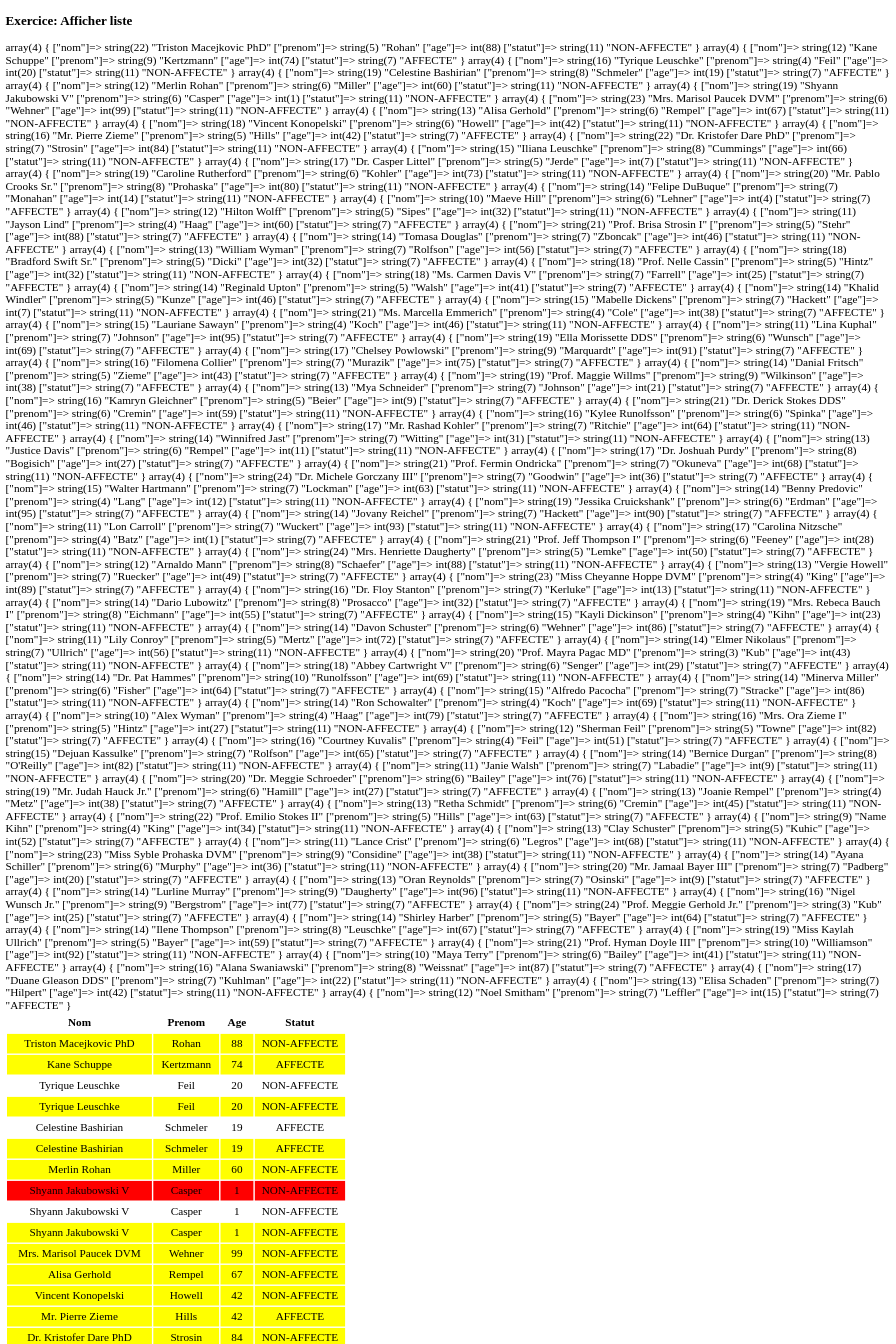
Repository: Bfabien99/PHPREPO
Page: http://localhost/
These files come from the project's save history. The page is drawn as it stood at one moment and after the next save; the edit follows.
The browser window is 1280 px wide. The pictures show the part of the page from y = 0 to 1920 px (the page is 5415 px tall before and 1875 px after), at 70% of full size.
The page is run by PHP 8.4 with error messages shown; the project is at /var/www/html/.

Above is the page before, as saved 2021-12-10 10:49:49.

After the next save:
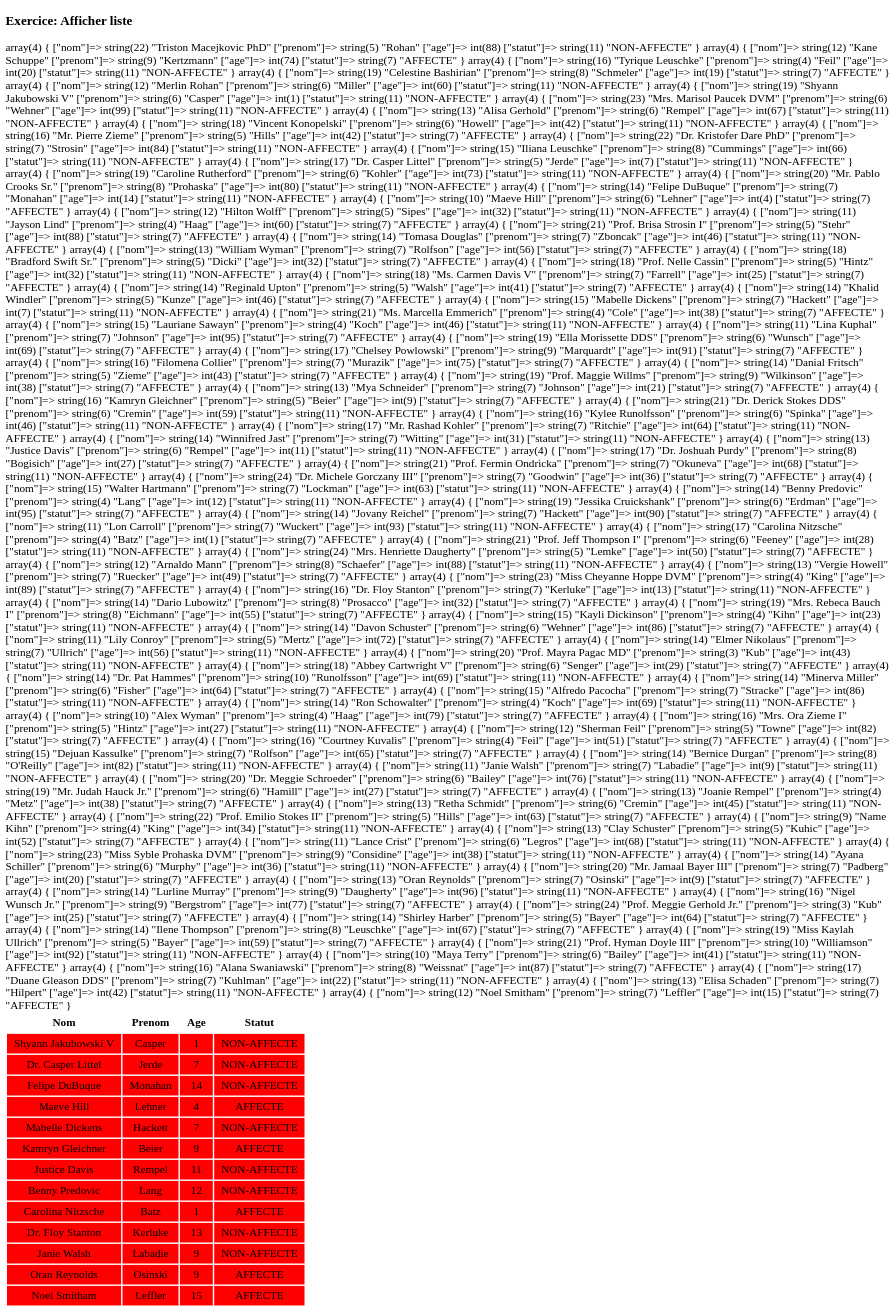
Saved 5 s later.
--- a/MakeFakeData/src/index.php
+++ b/MakeFakeData/src/index.php
@@ -71,21 +71,21 @@ while($i<= 100) {
                     <td class="red">'.$value["statut"].'</td>
                     </tr>';
 
-                case $value["age"]>18 && $value["age"]<25:
-                    echo '<trclass="green"><td >'.$value["nom"].'</td>
-                    <td >'.$value["prenom"].'</td>
-                    <td >'.$value["age"].'</td>
-                    <td >'.$value["statut"].'</td>
-                    </tr>';
+                // case $value["age"]>18 && $value["age"]<25:
+                //     echo '<trclass="green"><td >'.$value["nom"].'</td>
+                //     <td >'.$value["prenom"].'</td>
+                //     <td >'.$value["age"].'</td>
+                //     <td >'.$value["statut"].'</td>
+                //     </tr>';
 
-                case $value["age"] > 25:
-                    echo '<tr><td class="yellow">'.$value["nom"].'</td>
-                    <td class="yellow">'.$value["prenom"].'</td>
-                    <td class="yellow">'.$value["age"].'</td>
-                    <td class="yellow">'.$value["statut"].'</td>
-                    </tr>';
-                    # code...
-                    break;
+                // case $value["age"] > 25:
+                //     echo '<tr><td class="yellow">'.$value["nom"].'</td>
+                //     <td class="yellow">'.$value["prenom"].'</td>
+                //     <td class="yellow">'.$value["age"].'</td>
+                //     <td class="yellow">'.$value["statut"].'</td>
+                //     </tr>';
+                //     # code...
+                //     break;
 
                 default:
                     # code...
